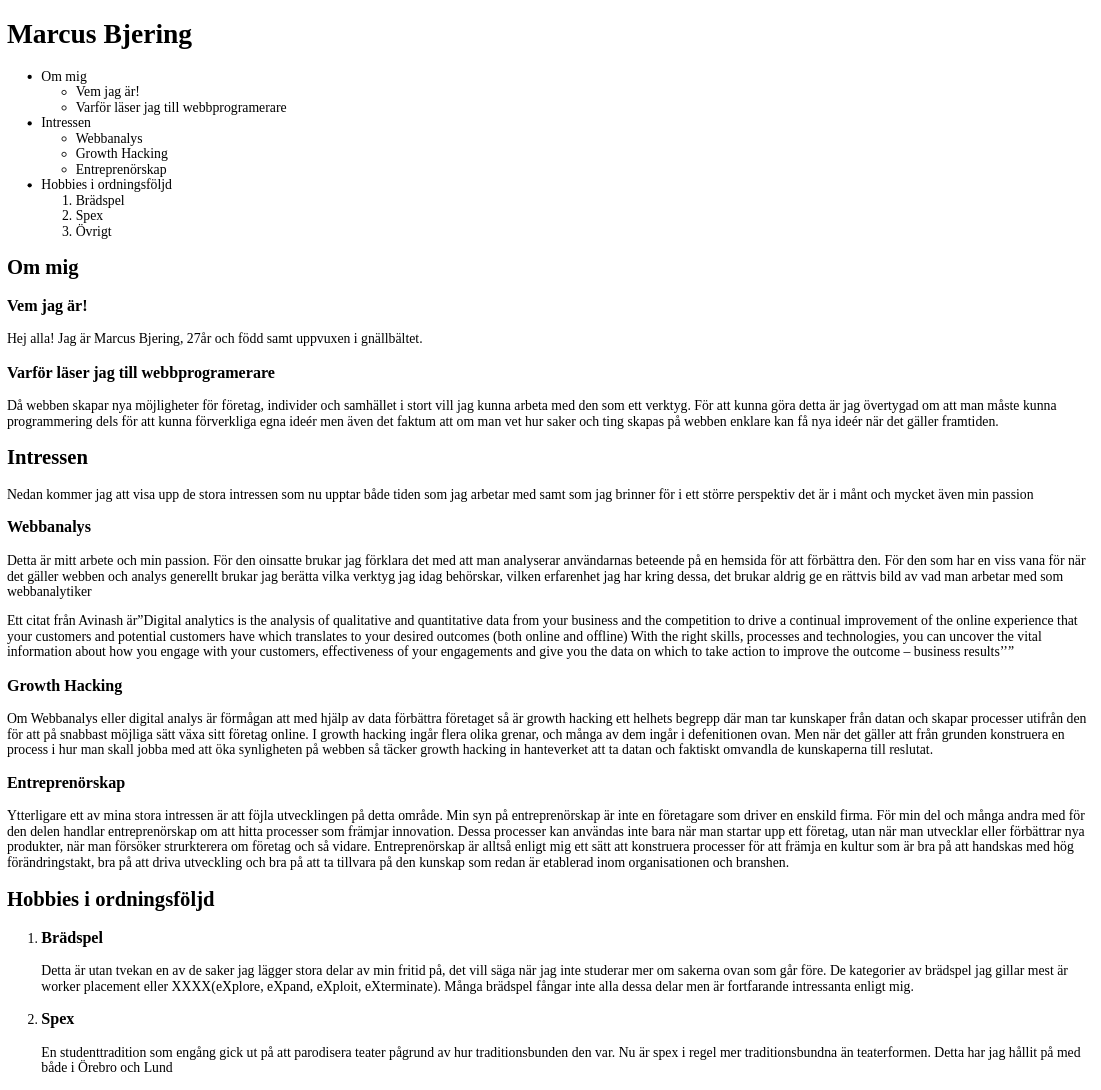
Repository: mb223ks/1IK415-laborationer
Page: pages/presentation.html
The author's editor kept a record of every edit. The page is drawn from the files as they stood at one moment, then again after the next edit.
The browser window is 1280 px wide. The pictures show the whole page, at 86% of full size.

Above is the page before.

### pages/presentation.html
<!DOCTYPE html>
<html lang="sv">
    <head>
        <meta http-equiv="content-type" content="text/html;charset=UTF-8" />
        <title>Presentation av Marcus Bjering</title>

    </head>
    <body>
        <h1>Marcus Bjering</h1>

        <ul>
            <li>Om mig</li>
            <ul>
                <li>Vem jag är!</li>
                <li>Varför läser jag till webbprogramerare</li>
            </ul>
            <li>Intressen</li>
            <ul>
                <li>Webbanalys</li>
                <li>Growth Hacking</li>
                <li>Entreprenörskap</li>
            </ul>
            <li>Hobbies i ordningsföljd</li>
            <ol>
                <li>Brädspel</li>
                <li>Spex</li>
                <li>Övrigt</li>
            </ol>
        </ul>
        <h2>Om mig</h2>
        <h3>Vem jag är!</h3>
            <p>Hej alla! Jag är Marcus Bjering, 27år och född samt uppvuxen i gnällbältet.  </p>
        <h3>Varför läser jag till webbprogramerare</h3>
            <p>Då webben skapar nya möjligheter för företag, individer och samhället i stort vill jag kunna arbeta med den som ett verktyg. För att kunna göra detta är jag övertygad om att man måste kunna programmering dels för att kunna förverkliga egna ideér men även det faktum att om man vet hur saker och ting skapas på webben enklare kan få nya ideér när det gäller framtiden. </p>
        <h2>Intressen</h2>
            <p>Nedan kommer jag att visa upp de stora intressen som nu upptar både tiden som jag arbetar med samt som jag brinner för i ett större perspektiv det är i månt och mycket även min passion</p>
        <h3>Webbanalys</h3>
            <p>Detta är mitt arbete och min passion. För den oinsatte brukar jag förklara det med att man analyserar användarnas beteende på en hemsida för att förbättra den. För den som har en viss vana för när det gäller webben och analys generellt brukar jag berätta vilka verktyg jag idag behörskar, vilken erfarenhet jag har kring dessa, det brukar aldrig ge en rättvis bild av vad man arbetar med som webbanalytiker</p>
            <p> Ett citat från Avinash är<q>Digital analytics is the analysis of qualitative and quantitative data from your business and the competition to drive a continual improvement of the online experience that your customers and potential customers have which translates to your desired outcomes (both online and offline) With the right skills, processes and technologies, you can uncover the vital information about how you engage with your customers, effectiveness of your engagements and give you the data on which to take action to improve the outcome – business results<q></p>
        <h3>Growth Hacking</h3>
            <p>Om Webbanalys eller digital analys är förmågan att med hjälp av data förbättra företaget så är growth hacking ett helhets begrepp där man tar kunskaper från datan och skapar processer utifrån den för att på snabbast möjliga sätt växa sitt företag online. I growth hacking ingår flera olika grenar, och många av dem ingår i defenitionen ovan. Men när det gäller att från grunden konstruera en process i hur man skall jobba med att öka synligheten på webben så täcker growth hacking in hanteverket att ta datan och faktiskt omvandla de kunskaperna till reslutat. </p>
        <h3>Entreprenörskap</h3>
            <p>Ytterligare ett av mina stora intressen är att föjla utvecklingen på detta område. Min syn på entreprenörskap är inte en företagare som driver en enskild firma. För min del och många andra med för den delen handlar entreprenörskap om att hitta processer som främjar innovation. Dessa processer kan användas inte bara när man startar upp ett företag, utan när man utvecklar eller förbättrar nya produkter, när man försöker strurkterera om företag och så vidare. Entreprenörskap är alltså enligt mig ett sätt att konstruera processer för att främja en kultur som är bra på att handskas med hög förändringstakt, bra på att driva utveckling och bra på att ta tillvara på den kunskap som redan är etablerad inom organisationen och branshen.</p>
        <h2>Hobbies i ordningsföljd</h2>
        <ol>
            <li><h3>Brädspel</h3></li>
                <p>Detta är utan tvekan en av de saker jag lägger stora delar av min fritid på, det vill säga när jag inte studerar mer om sakerna ovan som går före. De kategorier av brädspel jag gillar mest är worker placement eller XXXX(eXplore, eXpand, eXploit, eXterminate). Många brädspel fångar inte alla dessa delar men är fortfarande intressanta enligt mig.</p>
            <li><h3>Spex</h3></li>
                <p>En studenttradition som engång gick ut på att parodisera teater pågrund av hur traditionsbunden den var. Nu är spex i regel mer traditionsbundna än teaterformen. Detta har jag hållit på med både i Örebro och Lund</p>
        </ol>
    </body>
</html>

After the next edit:
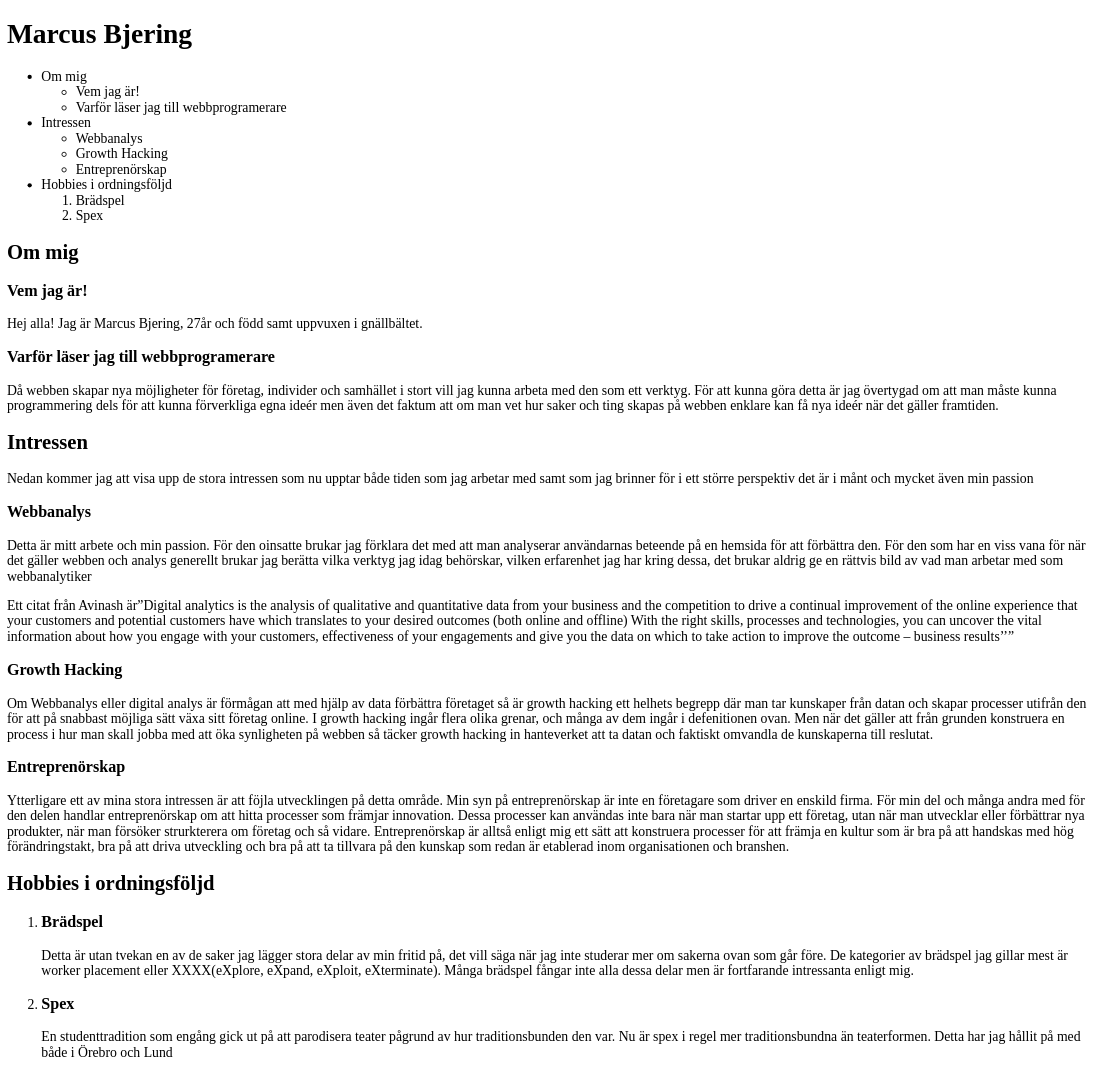
The edit:
--- a/pages/presentation.html
+++ b/pages/presentation.html
@@ -24,7 +24,6 @@
             <ol>
                 <li>Brädspel</li>
                 <li>Spex</li>
-                <li>Övrigt</li>
             </ol>
         </ul>
         <h2>Om mig</h2>
